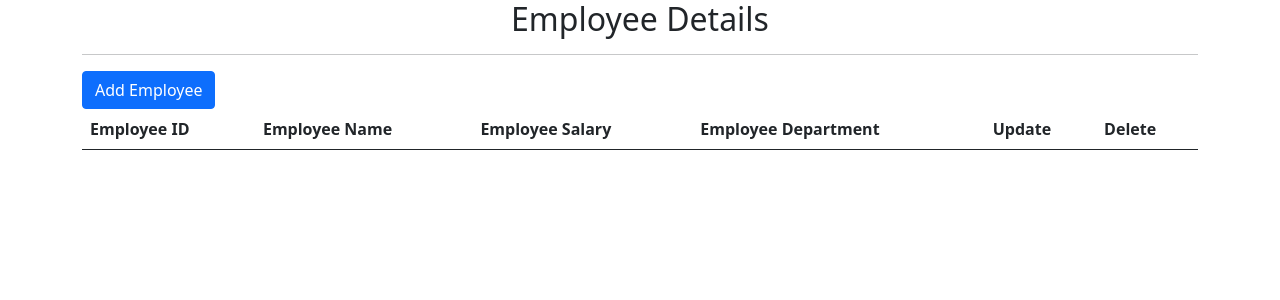
Repository: bhatideepak599/JspServlets
Page: http://localhost/10-student-mvc-db/Student
The author's editor kept a copy of each file at every save. The page is drawn from the files as they stood at one save, then again after the next save.
The browser window is 1280 px wide. The pictures show the whole page.
The page is served by Tomcat 9. Other server files are loaded and not shown. Queries for data that is not in the repository find no rows.

Above is the page before, as saved 2024-07-18 17:55:11.

### 10-student-mvc-db/WebContent/empFile.jsp
<%@ page language="java" contentType="text/html; charset=ISO-8859-1"
	pageEncoding="ISO-8859-1"%>
<%@ taglib uri="http://java.sun.com/jsp/jstl/core" prefix="c"%>
<%@ taglib uri="http://java.sun.com/jsp/jstl/functions" prefix="fn"%>


<!DOCTYPE html>
<html>
<head>
<meta charset="ISO-8859-1">
<title>Employee Details</title>
<link
	href="https://cdn.jsdelivr.net/npm/bootstrap@5.0.2/dist/css/bootstrap.min.css"
	rel="stylesheet"
	integrity="sha384-EVSTQN3/azprG1Anm3QDgpJLIm9Nao0Yz1ztcQTwFspd3yD65VohhpuuCOmLASjC"
	crossorigin="anonymous">
<script
	src="https://cdn.jsdelivr.net/npm/bootstrap@5.0.2/dist/js/bootstrap.bundle.min.js"
	integrity="sha384-MrcW6ZMFYlzcLA8Nl+NtUVF0sA7MsXsP1UyJoMp4YLEuNSfAP+JcXn/tWtIaxVXM"
	crossorigin="anonymous"></script>
</head>


<body>

	<div class="container">

		<div class="text-center">

			<p class="h2">Employee Details</p>

		</div>

		<hr>
		<a href="add-Employee.jsp" class="btn btn-primary">Add Employee</a>
		<!-- <a href="update-Employee.jsp" class="btn btn-secondary">Update Employee</a>
	<a href="delect-Employee.jsp" class="btn btn-danger">Delete Employee</a> -->
		<table class="table table-striped">

			<thead>

				<tr>

					<th>Employee ID</th>

					<th>Employee Name</th>

					<th>Employee Salary</th>

					<th>Employee Department</th>
					<th>Update</th>
					<th>Delete</th>

				</tr>

			</thead>

			<tbody>

				<c:forEach var="student" items="${theStudentList}">

					<tr>

						<td>${student.id}</td>
						<td>${student.name}</td>
						<td>${student.salary}</td>

						<td>${student.dept}</td>

						<td><a href="Student?command=load&Id=${student.id}"
							class="btn btn-secondary">Update</a></td>
						<td><a href="Student?command=delete&Id=${student.id}"
							class="btn btn-warning">Delete</a></td>
					</tr>

				</c:forEach>

			</tbody>

		</table>

	</div>

</body>

</html>

### 10-student-mvc-db/src/com/techlabs/controller/StudentController.java
package com.techlabs.controller;

import java.io.IOException;
import java.sql.SQLException;
import java.util.List;

import javax.annotation.Resource;
import javax.servlet.RequestDispatcher;
import javax.servlet.ServletException;
import javax.servlet.annotation.WebServlet;
import javax.servlet.http.HttpServlet;
import javax.servlet.http.HttpServletRequest;
import javax.servlet.http.HttpServletResponse;
import javax.sql.DataSource;

import com.techlabs.dao.StudentDbUtil;
import com.techlabs.entity1.Student;

@WebServlet("/Student")
public class StudentController extends HttpServlet {
	private static final long serialVersionUID = 1L;

	private StudentDbUtil studentDbUtil;

	@Resource(name = "jdbc/employee")
	private DataSource dataSource;

	@Override
	public void init() throws ServletException {
		super.init();
		studentDbUtil = new StudentDbUtil(dataSource);
	}

	protected void doGet(HttpServletRequest request, HttpServletResponse response)
			throws ServletException, IOException {

		String command;
		command = request.getParameter("command");

		if (command == null) {
			command = "list";
		}
		switch (command) {
		case "add":
			try {
				addStudent(request, response);
			} catch (SQLException | ServletException | IOException e) {

				e.printStackTrace();
			}
			break;

		case "load":
			try {

				loadStudent(request, response);
			} catch (SQLException | ServletException | IOException e) {

				e.printStackTrace();
			}
			break;

		case "update":
			try {
				updateStudent(request, response);
			} catch (SQLException | IOException e1) {

				e1.printStackTrace();
			}
			break;

		case "delete":
			try {
				deleteStudent(request, response);
			} catch (SQLException | ServletException | IOException e) {

				e.printStackTrace();
			}
			break;
		default:
			listStudents(request, response);
		}

	}

	private void updateStudent(HttpServletRequest request, HttpServletResponse response)
			throws SQLException, IOException {
		int id = Integer.parseInt(request.getParameter("Id"));
		String name = request.getParameter("name");
		String dept = request.getParameter("dept");
		double salary = Double.parseDouble(request.getParameter("salary"));

		Student st = new Student(id, name, salary, dept);

		boolean isUpdated = studentDbUtil.updateStudent(st);
		response.sendRedirect(request.getContextPath() + "/Student");

	}

	protected void doPost(HttpServletRequest request, HttpServletResponse response)
			throws ServletException, IOException {

		doGet(request, response);
	}

	private void listStudents(HttpServletRequest request, HttpServletResponse response)
			throws ServletException, IOException {

		List<Student> studentlist = studentDbUtil.getStudents();
		request.setAttribute("theStudentList", studentlist);
		RequestDispatcher requestDispatcher = request.getRequestDispatcher("/empFile.jsp");
		requestDispatcher.forward(request, response);
	}

	private void addStudent(HttpServletRequest request, HttpServletResponse response)
			throws SQLException, ServletException, IOException {
		String name = request.getParameter("name");
		String dept = request.getParameter("dept");
		double salary = Double.parseDouble(request.getParameter("salary"));

		Student student = new Student(name, salary, dept);
		// System.out.println(student);

		boolean isAdded = studentDbUtil.addStudent(student);
		response.sendRedirect(request.getContextPath() + "/Student");

	}

	private void loadStudent(HttpServletRequest request, HttpServletResponse response)
			throws SQLException, ServletException, IOException {

		int id = Integer.parseInt(request.getParameter("Id"));

		Student student = studentDbUtil.getStudent(id);
		request.setAttribute("theStudent", student);
		RequestDispatcher requestDispatcher = request.getRequestDispatcher("/update-Employee.jsp");
		requestDispatcher.forward(request, response);

	}

	private void deleteStudent(HttpServletRequest request, HttpServletResponse response)
			throws SQLException, ServletException, IOException {
		System.out.println("Deleted");
		int id = Integer.parseInt(request.getParameter("Id"));
		boolean isDeleted = studentDbUtil.deleteStudent(id);
		response.sendRedirect(request.getContextPath() + "/Student");

	}

}

After the next save:
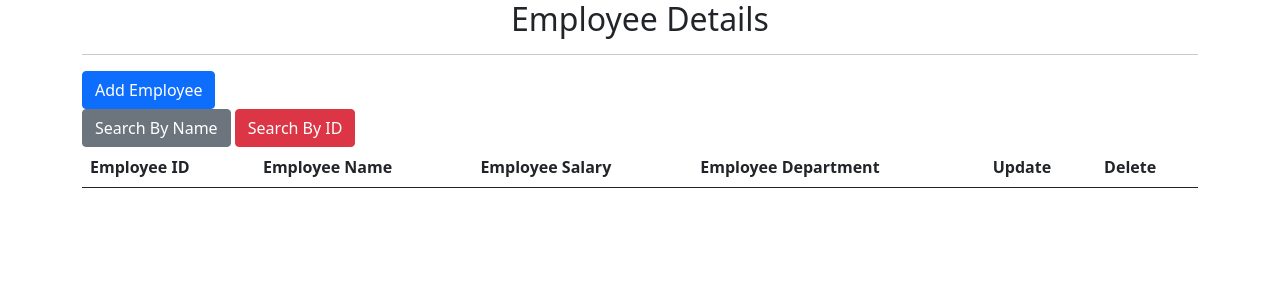
Saved 18 min 9 s later.
--- a/10-student-mvc-db/WebContent/empFile.jsp
+++ b/10-student-mvc-db/WebContent/empFile.jsp
@@ -33,8 +33,9 @@
 
 		<hr>
 		<a href="add-Employee.jsp" class="btn btn-primary">Add Employee</a>
-		<!-- <a href="update-Employee.jsp" class="btn btn-secondary">Update Employee</a>
-	<a href="delect-Employee.jsp" class="btn btn-danger">Delete Employee</a> -->
+		<br>
+		 <a href="serach-Employee-by-name.jsp" class="btn btn-secondary">Search By Name</a>
+	<a href="search-Employee-by-id.jsp" class="btn btn-danger">Search By ID</a>
 		<table class="table table-striped">
 
 			<thead>
